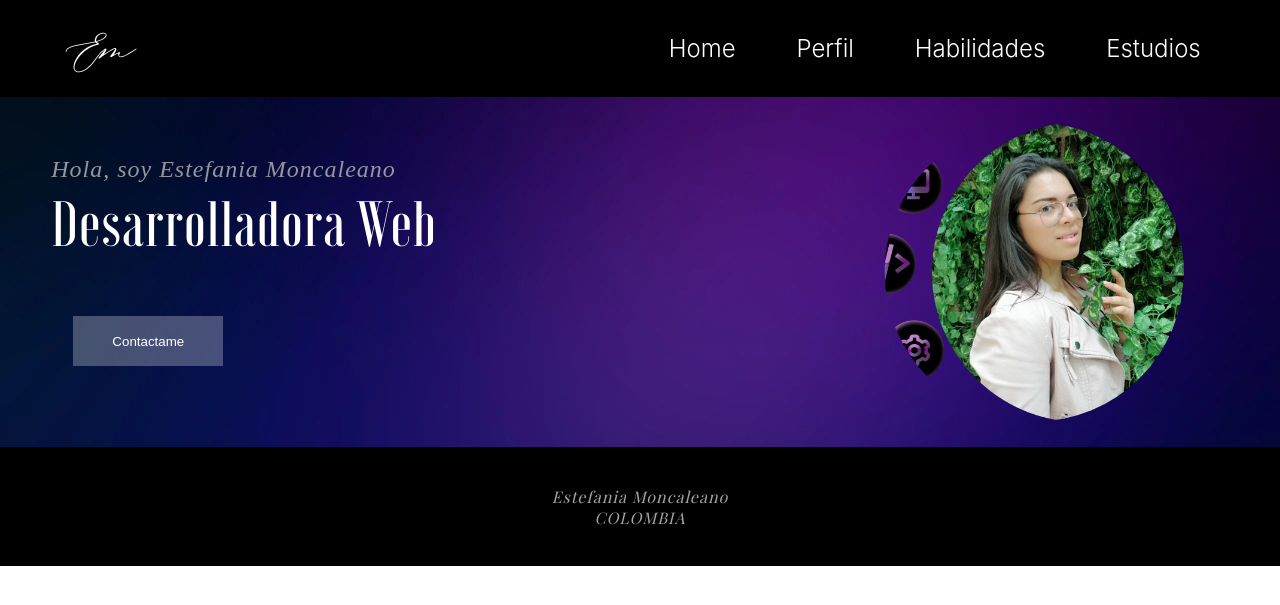
Repository: EstefaMH/PORTAFOLIO
Page: /
An editor plug-in stored every save of this project. The page is shown before and after a run of saves, followed by the edit.
The browser window is 1280 px wide. The pictures show the whole page.
Some web fonts or font styles are not loaded; a fallback is used. The project was rebuilt for these pictures with package versions that can differ from the ones it lists, and the page was loaded fresh each time. Also part of the build but not shown: src/pages/aboutme/Aboutme.js, src/pages/error/Error404.css, src/pages/error/Error404.js, src/pages/jobs/Jobs.js, src/models/Languages.js, src/components/project/project.js, src/pages/skills/Skills.js, src/pages/studies/Studies.css and 1 more.

Above is the page before, as saved 2024-05-23 22:27:34.

After the next 8 saves:
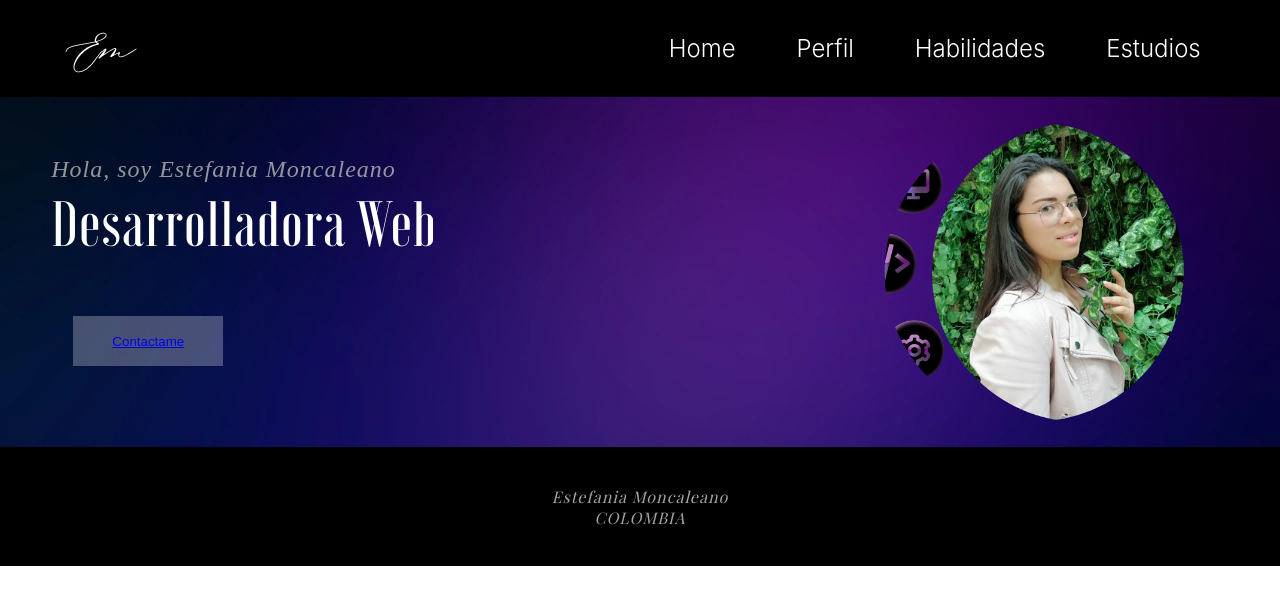
The 8 saves are shown as one change because they came seconds apart.
The last was saved 19 s later.
--- a/src/pages/home/Home.js
+++ b/src/pages/home/Home.js
@@ -5,9 +5,6 @@ import tefa from "../../utils/img/tefa_photo.png"
 
 
 function Home() {
-    function handleClick(){
-
-    }
 
     return (
         <div className='main-container'>
@@ -19,7 +16,7 @@ function Home() {
                 <article className='info-home'>
                     <p className='info-home1'>Hola, soy Estefania Moncaleano</p>
                     <p className='info-home2'>Desarrolladora Web</p>
-                    <button className='btn btn-one'><a>Contactame</a></button>
+                    <button className='btn btn-one'><a href=' https://api.whatsapp.com/send/?phone=' >Contactame</a></button>
 
                 </article>
 
